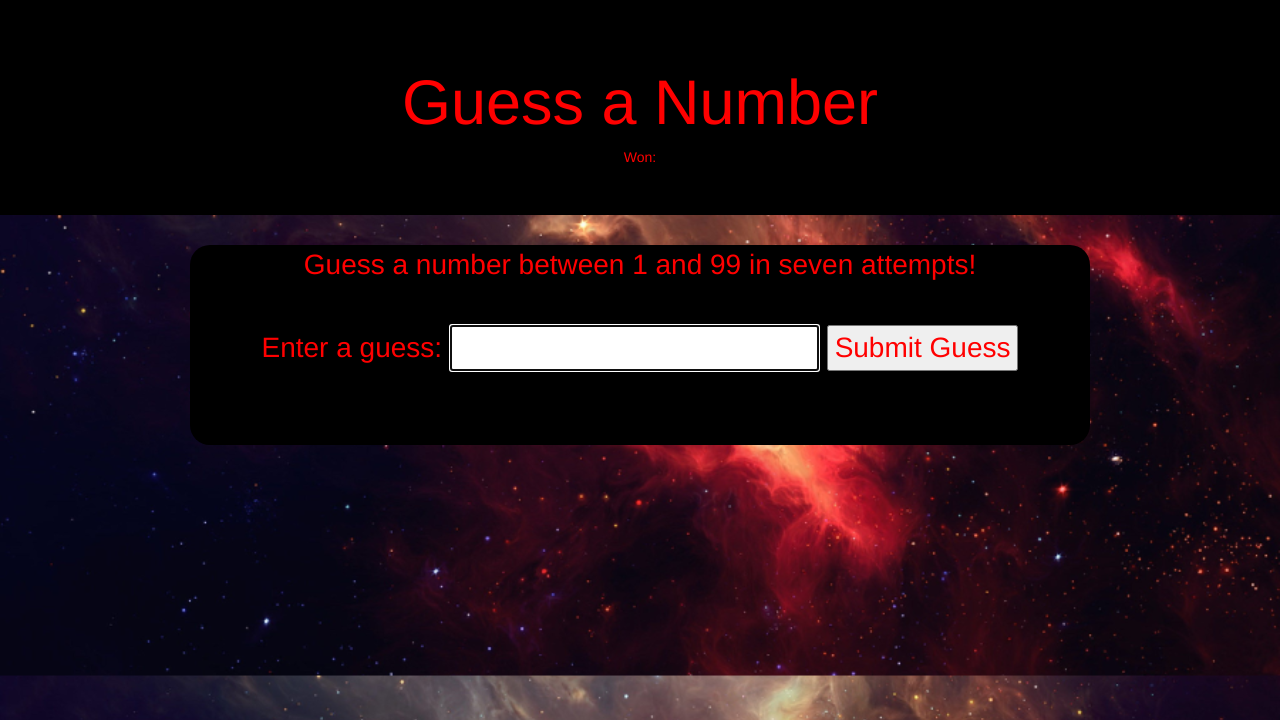
Repository: ElijahHallera/336-Internet-Prog
Page: cst336_spring2020Lab2-master/cst336_spring2020Lab2-master/guessNumber/guessNumber/index.html
The author's editor kept a record of every edit. The page is drawn from the files as they stood at one moment, then again after the next edit.
The browser window is 1280 px wide. The pictures show the whole page.

Above is the page before.

### cst336_spring2020Lab2-master/cst336_spring2020Lab2-master/guessNumber/guessNumber/index.html
<!DOCTYPE html>
<html>
    <head>
        <title> Guess a Number </title>
        <meta charset="utf-8" />
        <script src="https://code.jquery.com/jquery.min.js"></script>

        <!--Bootstrap files-->
        <link rel="stylesheet" href="https://maxcdn.bootstrapcdn.com/bootstrap/3.3.7/css/bootstrap.min.css" integrity="sha384-BVYiiSIFeK1dGmJRAkycuHAHRg32OmUcww7on3RYdg4Va+PmSTsz/K68vbdEjh4u" crossorigin="anonymous">
        <script src="https://maxcdn.bootstrapcdn.com/bootstrap/3.3.7/js/bootstrap.min.js" integrity="sha384-Tc5IQib027qvyjSMfHjOMaLkfuWVxZxUPnCJA7l2mCWNIpG9mGCD8wGNIcPD7Txa" crossorigin="anonymous"></script>

        <!--Custom Styles-->
        <link href="css/styles.css" rel="stylesheet" type="text/css" />
    </head>
    <body>

        <div class="jumbotron">
            <h1>Guess a Number</h1>
            <lable> Won: </lable>
        </div>


        <div id="directions" class = "resultParas">
            Guess a number between 1 and 99 in seven attempts!

            <br><br>
            <lable for = "guessField"> Enter a guess: </lable>
            <input type = "text" id = "guessField" class = "guessField">
            <input type = "submit" value = "Submit Guess" class = "guessSubmit" >
            </br></br>

            <p id = "guesses"></p>
            <p id = "lastResult"></p>
            <p id = "lowOrHi"></p>
            <p id = "attempts"></p>

            <button id = "reset">Reset</button>
        </div>

        <script SRC = "js/functions.js"></script>

    </body>
</html>

### cst336_spring2020Lab2-master/cst336_spring2020Lab2-master/guessNumber/guessNumber/css/styles.css
body{
    text-align:center;
    background-image: url("../img/SPACE.jpg");
    background-size: cover;
}

.jumbotron {
    background-color: black;
    color: red;
}

#directions {
    background-color:black;
    color: red;
    font-size: 2em;
    width:900px;
    height:200px;
    margin:0 auto;
    border-radius:20px;
}

### cst336_spring2020Lab2-master/cst336_spring2020Lab2-master/guessNumber/guessNumber/js/functions.js
var randomNumber = Math.floor(Math.random() * 99) + 1;
            console.log(randomNumber);
            var guesses = document.querySelector('#guesses');
            var lastResult = document.querySelector('#lastResult');
            var lowOrHi = document.querySelector('#lowOrHi');

            var guessSubmit = document.querySelector('.guessSubmit');
            var guessField = document.querySelector('.guessField');

            var Won = 0;
            var Loss = 0;
            var guessCount = 1;
            var resetButton;
            guessField.focus();
            var resetButton = document.querySelector('#reset');
            resetButton.style.display = 'none';

            var resetButton;

            function checkGuess(){
                var userGuess = Number(guessField.value);
                if(guessCount === 1){
                    guesses.innerHTML = 'Previous Guesses: ';
                }
                guesses.innerHTML += userGuess + ' ';

                    if(userGuess === randomNumber){
                        lastResult.innerHTML = 'Congratulations! You got it right!';
                        lastResult.style.backgroundColor = 'green';
                        lowOrHi.innerHTML = '';
                        Won++;
                        setGameOver();
                    } else if (guessCount === 7){
                        lastResult.innerHTML = 'Sorry, you lost!';
                        Loss++;
                        setGameOver();
                    } else {
                        lastResult.innerHTML = 'Wrong!';
                        lastResult.style.backgroundColor = 'red';
                        lastResult.style.color = 'white';


                    if(userGuess > 99){
                        alert("Guess is above 99 Try Again");
                        guessCount++;
                    } else if(userGuess < randomNumber){
                        lowOrHi.innerHTML = 'Last guess was too low!';
                        lowOrHi.style.backgroundColor = 'red';
                        lowOrHi.style.color = 'white';
                    } else if (userGuess > randomNumber){
                        lowOrHi.innerHTML = 'Last guess was too high!';
                        lowOrHi.style.backgroundColor = 'red';
                        lowOrHi.style.color = 'white';
                        }

                    }

                    guessCount++;
                    guessField.value = '';
                    guessField.focus();
            }

            guessSubmit.addEventListener('click', checkGuess);

            function setGameOver(){
                guessField.disabled = true;
                guessSubmit.disables = true;
                resetButton.style.display = 'inline';
                resetButton.addEventListener('click', resetGame);
            }

            function resetGame(){
                guessCount = 1;

                var resetParas = document.querySelectorAll('.resultParas p');
                for(var i = 0; i < resetParas.length; i++){
                    resetParas[i].textContent = '';
                }

                resetButton.style.display = 'none';

                guessField.disabled = false;
                guessSubmit.disabled = false;
                guessField.value = '';
                guessField.focus();

                lastResult.style.backgroundColor = 'white';

                randomNumber = Math.floor(Math.random() * 99) + 1;
            }

After the next edit:
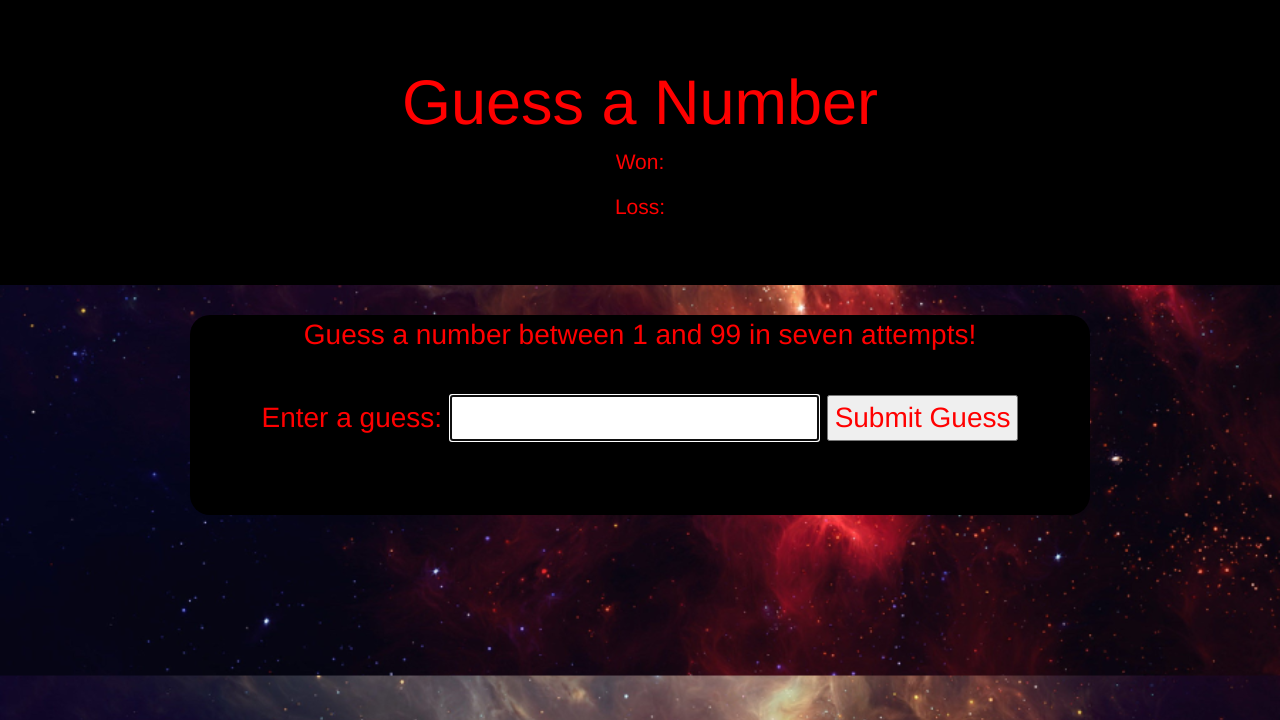
The edit:
--- a/cst336_spring2020Lab2-master/cst336_spring2020Lab2-master/guessNumber/guessNumber/index.html
+++ b/cst336_spring2020Lab2-master/cst336_spring2020Lab2-master/guessNumber/guessNumber/index.html
@@ -16,7 +16,8 @@
 
         <div class="jumbotron">
             <h1>Guess a Number</h1>
-            <lable> Won: </lable>
+            <p> Won: </p>
+            <p> Loss: </p>
         </div>
 
 
